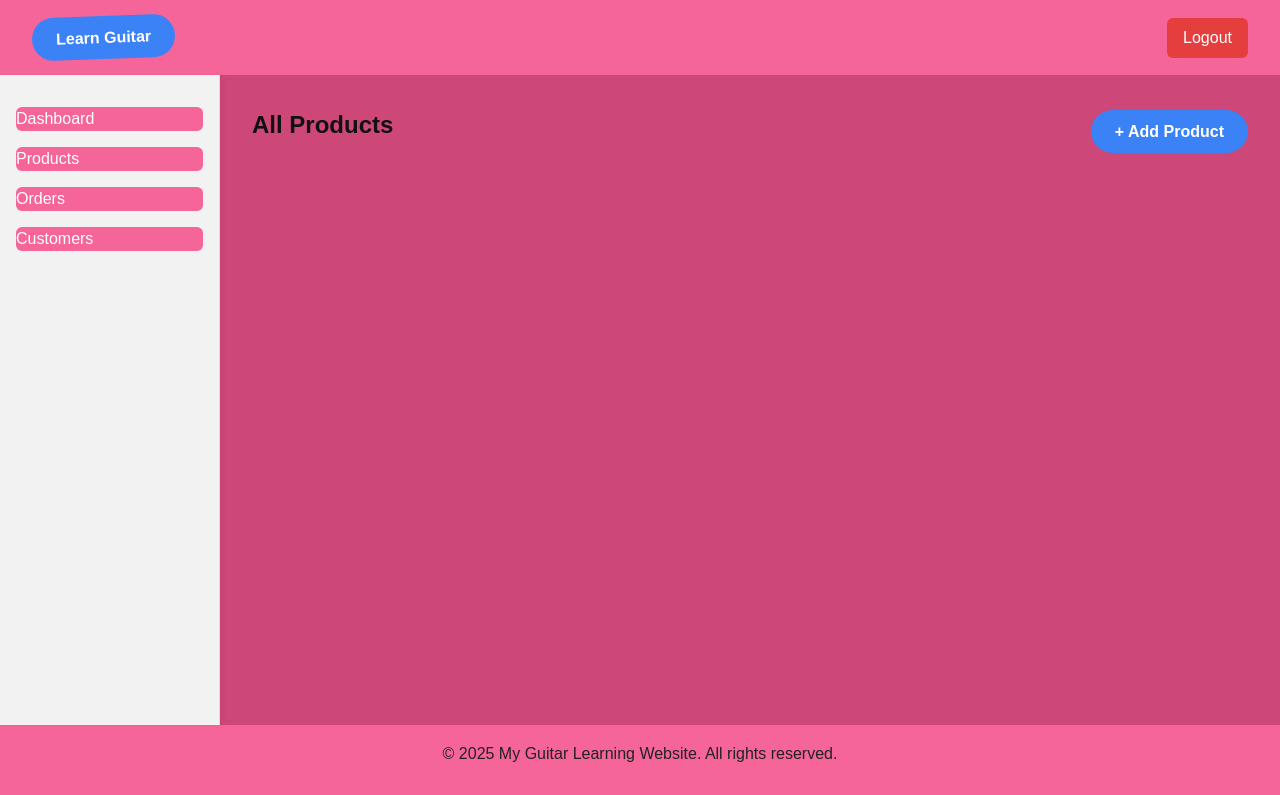
Repository: rywkoo/LearnGuitar
Page: templates/admin/product.html
These files come from the project's save history. The page is drawn as it stood at one moment and after the next save; the edit follows.
The browser window is 1280 px wide. The pictures show the whole page.
The page is served by the project's application, run on Flask 3 (app.py). Other server files are loaded and not shown. The template is opened directly, without the code that normally fills it, so the values that code supplies are empty.

Above is the page before, as saved 2025-08-25 21:54:28.

### templates/admin/product.html
{% extends "admin/admin_master.html" %}

{% block title %}Admin Products{% endblock %}

{% block main_content %}

  <!-- Page Header -->
  <div style="display: flex; justify-content: space-between; align-items: center; margin-bottom: 2rem;">
    <h2>All Products</h2>
    <a href="{{ url_for('add_product') }}" class="btn btn-secondary">
      + Add Product
    </a>
  </div>

  <!-- Product List -->
  {% for p in products %}
  <div style="
      display: flex;
      flex-wrap: wrap;
      align-items: center;
      gap: 1rem;
      padding: 1rem;
      margin-bottom: 1rem;
      background: #fff;
      border-radius: 12px;
      box-shadow: 0 2px 8px rgba(0,0,0,0.1);
  ">
    <!-- Image -->
    <div style="flex: 0 0 120px; text-align: center; width: 120px; height: 120px; overflow: hidden; border-radius: 8px;">
      <img src="{{ p['image'] }}" alt="{{ p['name'] }}" style="width: 100%; height: 100%; object-fit: cover;">
    </div>

    <!-- Product Details -->
    <div style="flex: 1 1 300px;">
      <h4 style="margin: 0 0 0.5rem 0;">{{ p['name'] }}</h4>
      <small style="color: #555;">{{ p['category'] }}</small>
    </br>
      <strong style="color: #111;">${{ p['price'] }}</strong>
    </div>

    <!-- Actions -->
    <div style="flex: 0 0 150px; display: flex; flex-direction: column; align-items: center; gap: 0.5rem;">
      <a
        href="{{ url_for('edit_product', id=p['id']) }}"
       class="btn btn-primary"
       style="width: 100px;">

        Edit
      </a>
      <button
        style="width: 100px;"
        class="btn btn-danger"
        onclick="openDeleteModal({{ p['id'] }})"
      >
        Delete
      </button>
    </div>
  </div>
  {% endfor %}

</div>

<!-- Delete Confirmation Modal -->
<div id="deleteModal" style="
    display: none;
    position: fixed;
    inset: 0;
    background: rgba(0,0,0,0.6);
    align-items: center;
    justify-content: center;
    z-index: 999;
">
  <div style="background: #fff; padding: 2rem; border-radius: 12px; max-width: 400px; width: 100%; text-align: center;">
    <h3 style="margin-bottom: 1rem;">Are you sure?</h3>
    <p style="margin-bottom: 1.5rem;">Do you really want to delete this product? This action cannot be undone.</p>

    <form id="deleteForm" method="post" style="display: inline;">
      <button type="submit" class="btn btn-danger">Yes, Delete</button>
    </form>
    <button type="button" onclick="closeDeleteModal()" class="btn btn-secondary" style="margin-left: 0.5rem;">
      Cancel
    </button>
  </div>

<script>
  function openDeleteModal(id) {
    const modal = document.getElementById("deleteModal");
    const form = document.getElementById("deleteForm");

    // Update form action dynamically (use your Flask delete route)
    form.action = "/admin/products/delete/" + id;

    modal.style.display = "flex";
  }

  function closeDeleteModal() {
    document.getElementById("deleteModal").style.display = "none";
  }
</script>
{% endblock %}

### templates/admin/admin_master.html
<!DOCTYPE html>
<html lang="en">
<head>
  <meta charset="UTF-8">
  <title>{% block title %}My Flask App{% endblock %}</title>
  {% include "css.html" %}
</head>
<body style="margin:0; font-family: sans-serif;">

  <!-- ===== Navbar ===== -->
  <nav style="padding: 1rem 2rem; display: flex; justify-content: space-between; align-items: center; background: #f6659a; color:white;">
    <a href="/" class="btn btn-secondary btn-lg" style="transform: rotate(-2deg);">Learn Guitar</a>
    <div class="nav-links" style="display: flex; gap:5px;">
      <a href="/logout" style="padding: 0.5rem 1rem; background: #e53e3e; color:white; border-radius: 6px; text-decoration:none;">Logout</a>
    </div>
  </nav>

  <!-- ===== Layout Wrapper ===== -->
  <div style="display: flex; min-height: calc(100vh - 70px);">

    <!-- ===== Sidebar ===== -->
    <aside style="
      width: 220px;
      background: #f2f2f2;
      padding: 2rem 1rem;
      border-right: 1px solid #ddd;
      box-shadow: 2px 0 6px rgba(0,0,0,0.05);
    ">
      <nav style="display: flex; flex-direction: column; gap: 1rem;">
        <a href="/admin" style="border-radius: 6px; background:#f6659a; color:white; text-decoration:none;">Dashboard</a>
        <a href="/admin/products" style="border-radius: 6px; background:#f6659a; color:white; text-decoration:none;">Products</a>
        <a href="/admin/orders" style="border-radius: 6px; background:#f6659a; color:white; text-decoration:none;">Orders</a>
        <a href="/admin/customers" style="border-radius: 6px; background:#f6659a; color:white; text-decoration:none;">Customers</a>
      </nav>
    </aside>

    <!-- ===== Main Content ===== -->
    <main style="flex: 1; padding: 2rem;">
      {% block main_content %}
      <!-- Page content will go here -->
      {% endblock %}
    </main>

  </div>

  <!-- ===== Footer ===== -->
  <footer style="text-align: center; padding: 1rem 1rem; background: #f6659a; color:white; border-top: 1px solid #f6659a;">
    <p>&copy; 2025 My Guitar Learning Website. All rights reserved.</p>
  </footer>

  {% include "script.html" %}

  <script src="https://unpkg.com/vue@3/dist/vue.global.js"></script>
</body>
</html>

### templates/css.html
<!-- css.html -->
<link rel="stylesheet" href="{{ url_for('static', filename='css/btn.css') }}">
<link rel="stylesheet" href="{{ url_for('static', filename='css/card.css') }}">
<link rel="stylesheet" href="{{ url_for('static', filename='css/input.css') }}">
<link rel="stylesheet" href="{{ url_for('static', filename='css/typography.css') }}">
<link rel="stylesheet" href="{{ url_for('static', filename='css/style.css') }}">
<link rel="stylesheet" href="{{ url_for('static', filename='css/animation.css') }}">
<link rel="stylesheet" href="{{ url_for('static', filename='css/lesson.css') }}">
<link rel="stylesheet" href="{{ url_for('static', filename='css/shop.css') }}">

### templates/script.html
<script src="https://cdn.jsdelivr.net/npm/sweetalert2@11"></script>
<script>
  // ===== Background Slider =====
  (function() {
    const bgSlider = document.querySelector('.hero-left .hero-bg-slider');
    if (!bgSlider) return; // Exit if element doesn't exist

    const images = [
      'https://www.uk-anime.net/images/bocchimain.png',
      'https://www.cnet.com/a/img/resize/3b4b3e192a9d75bd060ba4debe8d13a14caef990/hub/2024/07/06/b6981ace-771d-4971-8a9e-60e8c83bc66e/bocchi-the-rock-photo-1.jpg?auto=webp&fit=crop&height=900&width=1200',
      'https://www.uk-anime.net/images/bocchimain.png',
      'https://www.cnet.com/a/img/resize/3b4b3e192a9d75bd060ba4debe8d13a14caef990/hub/2024/07/06/b6981ace-771d-4971-8a9e-60e8c83bc66e/bocchi-the-rock-photo-1.jpg?auto=webp&fit=crop&height=900&width=1200'
    ];

    let current = 0;

    function changeBackground() {
      bgSlider.style.backgroundImage = `url(${images[current]})`;
      current = (current + 1) % images.length;
    }

    changeBackground();
    setInterval(changeBackground, 5000);
  })();
</script>

<script>
  // ===== Quantity Adjust =====
  function adjustQty(delta) {
    const input = document.getElementById('quantityInput');
    if (!input) return; // Exit if element doesn't exist

    let value = parseInt(input.value);
    if (!isNaN(value)) {
      input.value = Math.max(1, value + delta);
    }
  }
</script>

### app.py
from flask import Flask, render_template, request, redirect, url_for, flash, session, jsonify
from flask_mail import Mail, Message
import json
import requests
from datetime import date
from dotenv import load_dotenv
import os
from reportlab.lib.pagesizes import letter
from reportlab.pdfgen import canvas

app = Flask(__name__)
app.secret_key = "741e4fa4-f067-4aec-b48d-deb18e9cca92"

import route

@app.route("/components")
def components():
    return render_template("component.html")

if __name__ == "__main__":
    app.run(debug=True)

### static/css/btn.css
.btn {
  display: inline-block;
  padding: 0.6rem 1.5rem;
  border-radius: 9999px;  /* fully rounded */
  border: none;
  cursor: pointer;
  font-weight: 600;
  text-decoration: none;
  transition: background 0.2s, box-shadow 0.2s;
  font-size: 1rem;

  /* Add shadow */
/* flat shadow downwards */
}

/* Optional: hover effect (slightly stronger shadow) */
.btn:hover {
  box-shadow: 0 3px 0 #45454576;
}

/* Primary: Yellow bg, black text */
.btn-primary {
  background: #facc15;
  color: #000;
}

/* Secondary: Blue bg, white text */
.btn-secondary {
  background: #3b82f6;
  color: #fff;
}

/* Danger: Red bg, white text */
.btn-danger {
  background: #ef4444;
  color: #fff;
}

### static/css/card.css
/* ===== Base Card Component ===== */
.card {
  border-radius: 16px;       /* rounded corners */
  padding: 1.5rem;
  margin-bottom: 1.5rem;
  transition: box-shadow 0.3s, transform 0.2s;
  color: #111;               /* default text color */
  box-shadow: 0 4px 0 #888888; /* default flat shadow */
}

.card:hover {
  transform: translateY(-2px);
  box-shadow: 0 6px 0 #888888; /* slightly longer shadow on hover */
}

/* ===== Card Variants ===== */

/* Primary - Pink */
.card-pink {
  background: #f6659a;       /* light pink */
  box-shadow: 0 4px 0 #d35c7f;
}
.card-pink:hover {
  box-shadow: 0 6px 0 #af4d6b;
}

/* Secondary - Yellow */
.card-yellow {
  background: #facc15;       /* yellow */
  box-shadow: 0 4px 0 #d4a90f;
}
.card-yellow:hover {
  box-shadow: 0 6px 0 #e0b01a;
}

/* Danger/Accent - Blue */
.card-blue {
  background: #3b82f6;       /* blue */
  color: #fff;               /* white text for contrast */
  box-shadow: 0 4px 0 #2563eb;
}
.card-blue:hover {
  box-shadow: 0 6px 0 #1d4ed8;
}

/* Card header */
.card h2 {
  font-size: 1.25rem;
  margin-bottom: 0.8rem;
}

/* Card paragraph/text */
.card p {
  font-size: 1rem;
}

### static/css/input.css
/* ===== Input Fields ===== */
* {
  margin: 0;
  padding: 0;
  box-sizing: border-box; /* ensures padding is included in width */
}


.input {
  width: 100%;
  padding: 0.6rem 1rem;
  border: 2px solid #bababa;   /* gray border matching shadow */
  border-radius: 9999px;       /* fully rounded, like buttons */
  background: #ffffff;         /* very light pink background */
  font-size: 1rem;
  outline: none;
  transition: border-color 0.2s, box-shadow 0.2s;
  color: #111;                 /* dark text */
}

### static/css/typography.css
/* ===== Global Text Settings ===== */
body {
  font-family: 'Segoe UI', Tahoma, Geneva, Verdana, sans-serif;
  color: #111;       /* dark text for readability */
  line-height: 1.5;
  background: #fffafc; /* subtle light background */
}

/* ===== Headings ===== */
h1 {
  font-size: 2rem;
  font-weight: 700;
  margin-bottom: 1rem;
  color: #111;
}

h2 {
  font-size: 1.5rem;
  font-weight: 600;
  margin-bottom: 0.8rem;
  color: #111;
}

h3 {
  font-size: 1.25rem;
  font-weight: 500;
  margin-bottom: 0.6rem;
  color: #111;
}

/* ===== Paragraphs ===== */
p {
  font-size: 1rem;
  margin-bottom: 0.8rem;
  color: #222;  /* slightly lighter than headings */
}

/* ===== Labels ===== */
label {
  font-size: 0.95rem;
  font-weight: 500;
  color: #111;
}

/* ===== Links ===== */
a {
  text-decoration: none;
  transition: color 0.2s;
}

a:hover {
  text-decoration: none;
}

/* ===== Small Text ===== */
small {
  font-size: 0.85rem;
  color: #ffffff;
}

/* ===== Button Text ===== */
.btn {
  font-family: inherit; /* use same font as body */
  font-weight: 600;
  font-size: 1rem;
  text-align: center;
}

### static/css/style.css
body {
    background-color: #cd4778;
}

### static/css/animation.css

/* Animate background position horizontally */
@keyframes slideBg {
  0% { background-position: 0% center; }
  25% { background-position: 100% center; }
  50% { background-position: 200% center; }
  75% { background-position: 300% center; }
  100% { background-position: 400% center; }
}

### static/css/lesson.css
/* ===== Lesson Cards ===== */
.lesson-card {
  display: flex;
  align-items: center;
  gap: 1rem;
  padding: 1rem 1.5rem;
  border-radius: 16px;
  box-shadow: 0 4px 0 #888888; /* flat shadow downward */
  background: #fff;
  transition: transform 0.2s, box-shadow 0.2s;
}

.lesson-card:hover {
  transform: translateY(-3px);
  box-shadow: 0 6px 0 #666666;
}

/* Lesson image on the left */
.lesson-image img {
  width: 100px;
  height: 100px;
  object-fit: cover;
  border-radius: 8px;
}

/* Title in the middle */
.lesson-title {
  flex: 1;
  font-size: 1.2rem;
  color: #111;
}

/* Button on the right */
.lesson-action .btn {
  padding: 0.5rem 1.2rem;
  font-size: 1rem;
}

/* Optional: responsive for small screens */
@media (max-width: 600px) {
  .lesson-card {
    flex-direction: column;
    align-items: flex-start;
  }
  .lesson-action {
    width: 100%;
    margin-top: 0.5rem;
  }
}

### static/css/shop.css
/* ===== Shop Container ===== */
.shop-container {
  display: flex;
  gap: 2rem;
  padding: 2rem;
  max-width: 1400px;    /* limit width */
  margin: 0 auto;       /* center horizontally */
  box-sizing: border-box;
}

/* ===== Shop Sidebar ===== */
.shop-sidebar {
  width: 400px;
  flex-shrink: 0;
  background: #f5f5f5;
  padding: 1.5rem;
  border-radius: 16px;
  box-shadow: 0 4px 0 #ccc;
  display: flex;
  flex-direction: column;
  gap: 1.5rem;
  position: sticky;
  top: 1rem;
  height: fit-content;
}

/* Sidebar headings */
.shop-sidebar h3 {
  font-size: 1.1rem;
  font-weight: 600;
  color: #111;
  margin-bottom: 0.5rem;
}

/* Inputs inside sidebar */
.shop-sidebar input[type="text"],
.shop-sidebar input[type="checkbox"] {
  margin-bottom: 0.5rem;
}

/* Checkbox labels */
.shop-sidebar label {
  display: flex;
  align-items: center;
  gap: 0.5rem;
  font-size: 0.9rem;
  color: #111;
  cursor: pointer;
}

/* Filter button */
.shop-sidebar .btn-filter {
  background: #3b82f6;
  color: #fff;
  padding: 0.6rem 1rem;
  border-radius: 12px;
  font-weight: 600;
  border: none;
  cursor: pointer;
  transition: background 0.2s, box-shadow 0.2s;
}
.shop-sidebar .btn-filter:hover {
  background: #2563eb;
  box-shadow: 0 3px 0 #666;
}

/* ===== Shop Products Grid ===== */
.shop-products {
  display: grid;
  grid-template-columns: repeat(auto-fill, minmax(250px, 1fr));
  gap: 1rem;
  flex: 1;
}

/* ===== Shop / Instrument Card ===== */
.shop-card {
  display: flex;
  flex-direction: column;
  align-items: center;
  gap: 0.5rem;
  padding: 1rem;
  border-radius: 16px;
  box-shadow: 0 4px 0 #888;
  background: #fff;
  transition: transform 0.2s, box-shadow 0.2s;
}
.shop-card:hover {
  transform: translateY(-3px);
  box-shadow: 0 6px 0 #666;
}

/* Category badge */
.shop-card .shop-category {
  padding: 0.2rem 0.6rem;
  border-radius: 12px;
  background-color: #facc15;
  color: #111;
  font-size: 0.8rem;
  font-weight: 600;
  text-transform: uppercase;
}

/* Instrument image */
.shop-card img {
  width: 100%;
  aspect-ratio: 1 / 1;
  object-fit: cover;
  border-radius: 12px;
}

/* Instrument title */
.shop-card .shop-title {
  font-size: 1.1rem;
  font-weight: 600;
  text-align: center;
  color: #111;
}

/* Price */
.shop-card .shop-price {
  font-size: 1rem;
  font-weight: 500;
  color: #444;
}

/* Add to Cart button */
.shop-card .btn-add {
  padding: 0.5rem 1rem;
  margin-top: 0.5rem;
  width: 100%;
  text-align: center;
  border-radius: 12px;
}

/* ===== Responsive adjustments ===== */
@media (max-width: 992px) {
  .shop-container {
    flex-direction: column;
  }

  .shop-sidebar {
    width: 100%;
    position: relative;
    top: auto;
    box-shadow: none;
    border-radius: 0;
    padding: 1rem 0;
  }

  .shop-products {
    grid-template-columns: repeat(auto-fill, minmax(200px, 1fr));
  }
}

After the next save:
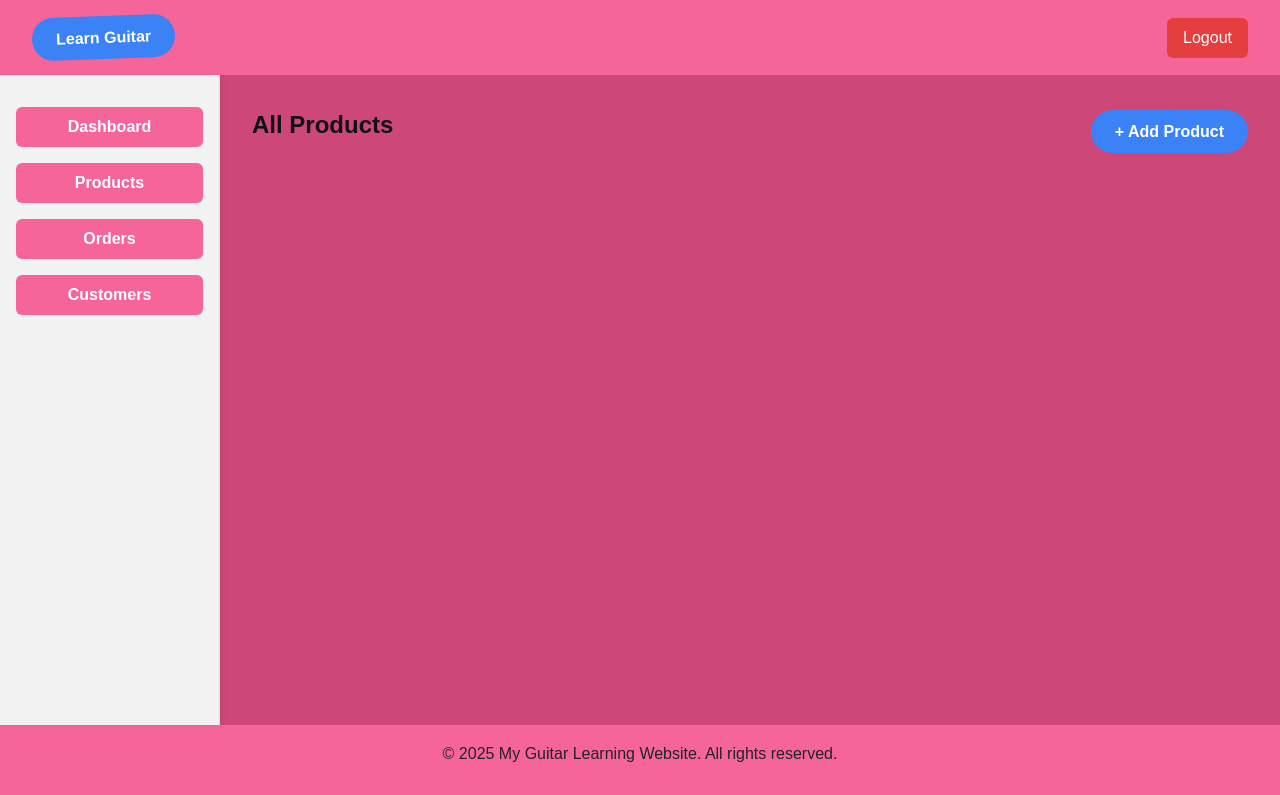
Saved 22 s later.
--- a/templates/admin/admin_master.html
+++ b/templates/admin/admin_master.html
@@ -27,10 +27,10 @@
       box-shadow: 2px 0 6px rgba(0,0,0,0.05);
     ">
       <nav style="display: flex; flex-direction: column; gap: 1rem;">
-        <a href="/admin" style="border-radius: 6px; background:#f6659a; color:white; text-decoration:none;">Dashboard</a>
-        <a href="/admin/products" style="border-radius: 6px; background:#f6659a; color:white; text-decoration:none;">Products</a>
-        <a href="/admin/orders" style="border-radius: 6px; background:#f6659a; color:white; text-decoration:none;">Orders</a>
-        <a href="/admin/customers" style="border-radius: 6px; background:#f6659a; color:white; text-decoration:none;">Customers</a>
+        <a class="btn btn-danger" href="/admin" style="padding: 0.5rem 1rem; border-radius: 6px; background:#f6659a; color:white; text-decoration:none;">Dashboard</a>
+        <a class="btn btn-danger" href="/admin/products" style="padding: 0.5rem 1rem; border-radius: 6px; background:#f6659a; color:white; text-decoration:none;">Products</a>
+        <a class="btn btn-danger" href="/admin/orders" style="padding: 0.5rem 1rem; border-radius: 6px; background:#f6659a; color:white; text-decoration:none;">Orders</a>
+        <a class="btn btn-danger" href="/admin/customers" style="padding: 0.5rem 1rem; border-radius: 6px; background:#f6659a; color:white; text-decoration:none;">Customers</a>
       </nav>
     </aside>
 
